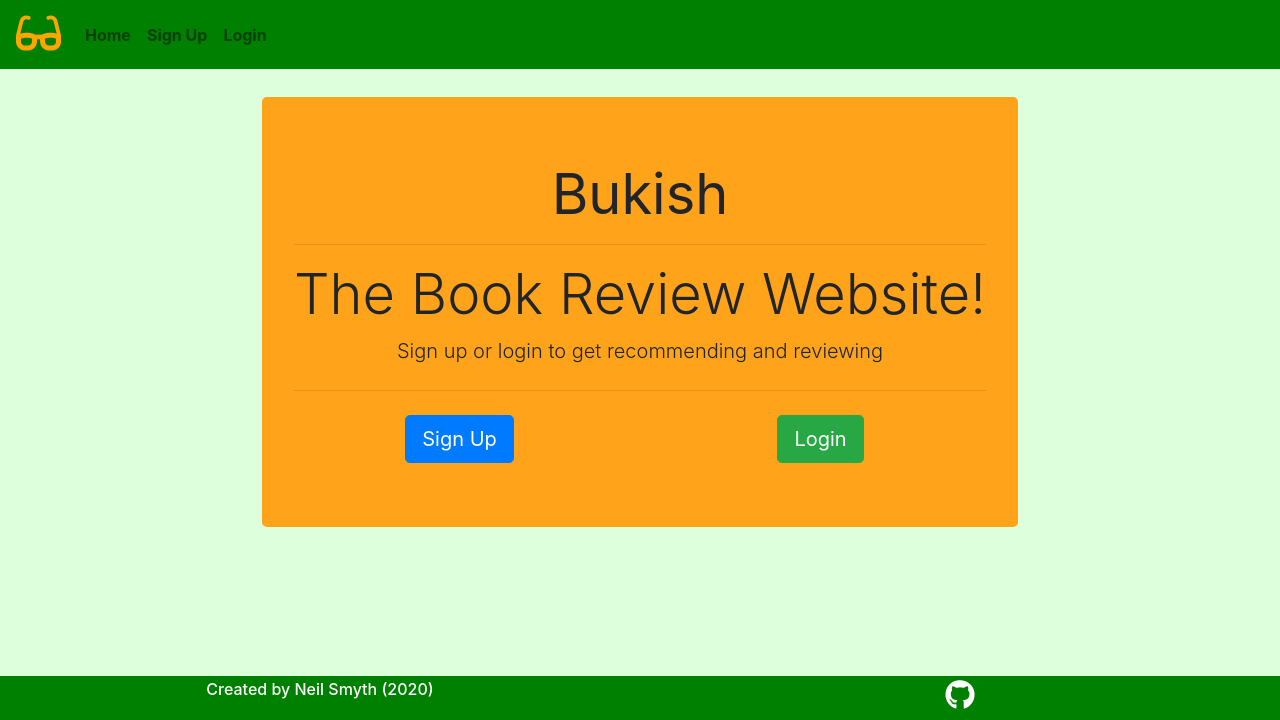
Repository: NeiloErnesto89/Data_Centric_Dev_Milestone_Project3
Page: templates/index.html
The author's editor kept a record of every edit. The page is drawn from the files as they stood at one moment, then again after the next edit.
The browser window is 1280 px wide. The pictures show the whole page.
Some web libraries are served in a nearby version. The template is drawn by Flask 3. The application's start-up code is not run. The template is opened directly, without the code that normally fills it, so the values that code supplies are empty.

Above is the page before.

After the next edit:
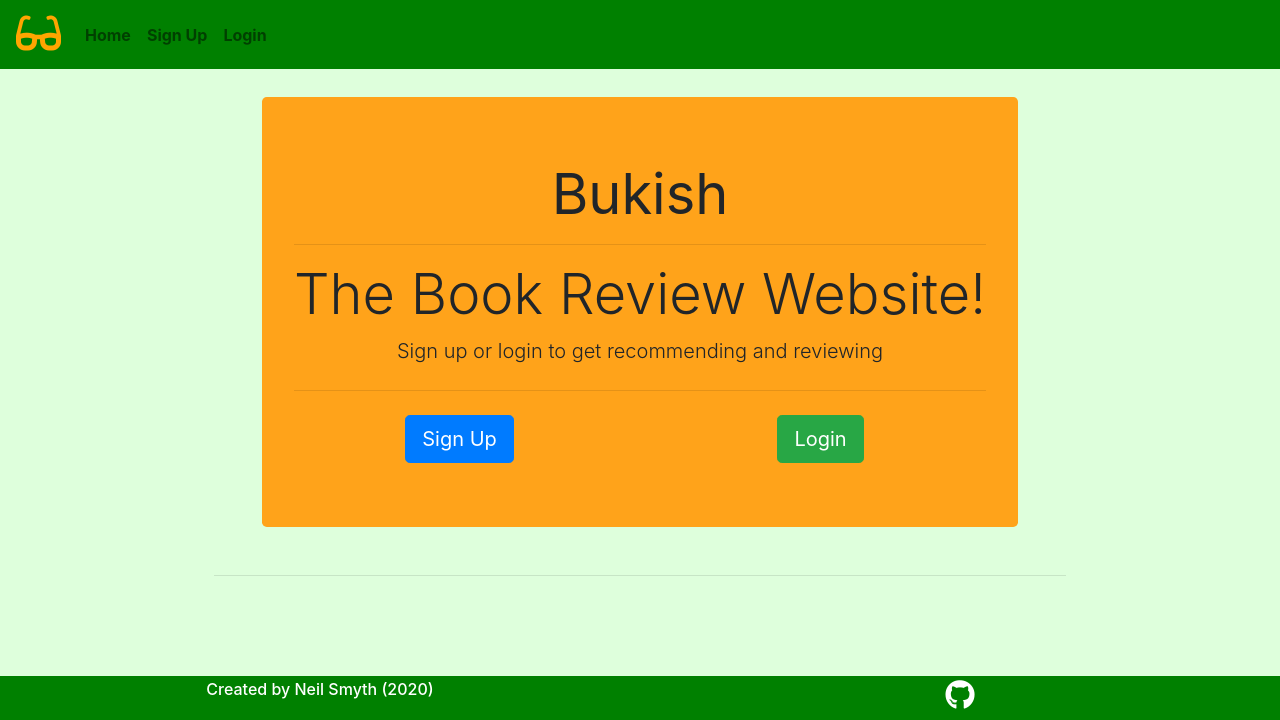
The edit:
--- a/templates/index.html
+++ b/templates/index.html
@@ -1,5 +1,6 @@
 {% extends "base.html"%} {% block content %}
 
+<div class="cover-container">
 <div class="container-fluid">
     <div class="row">
         <div class="jumbotron mt-3">
